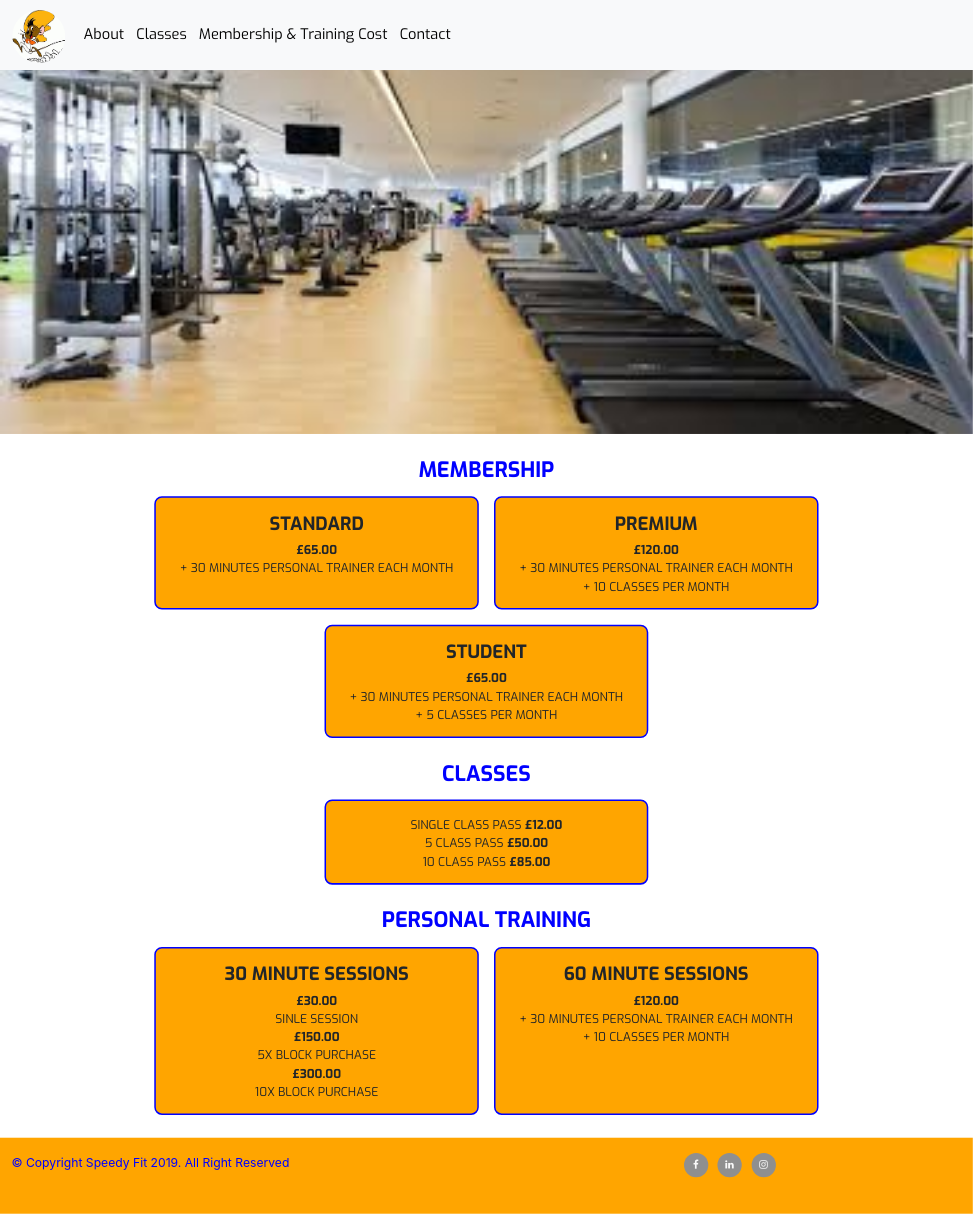
Repository: marcomoreschi/Milestrone-project
Page: membership&trainingcost.html
The author's editor kept a record of every edit. The page is drawn from the files as they stood at one moment, then again after the next edit.
The browser window is 1280 px wide. The pictures show the whole page, at 76% of full size.
Some web libraries are served in a nearby version.

Above is the page before.

After the next edit:
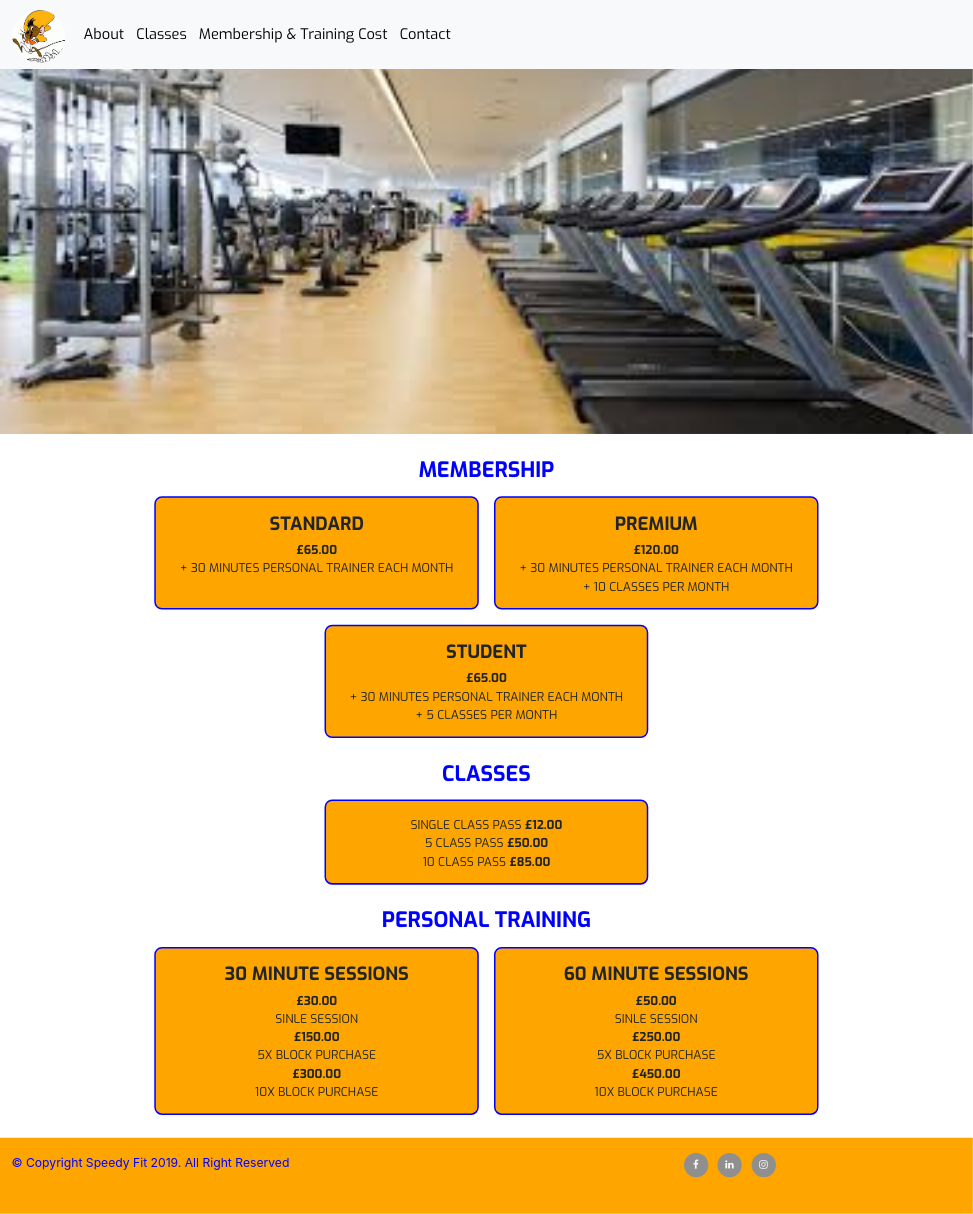
The edit:
--- a/membership&trainingcost.html
+++ b/membership&trainingcost.html
@@ -102,7 +102,7 @@
 
             <div class="col-sm-4 personal-trainer-price">
                 <h4>60 minute sessions</h4>
-                <p><b>£120.00</b> <br> + 30 minutes personal trainer each month <br> + 10 classes per month</p>
+                <p> <b>£50.00</b><br>Sinle Session <br><b>£250.00</b><br>5X block purchase<br><b>£450.00</b><br>10X block purchase   </p>
             </div>
 
     </section>
